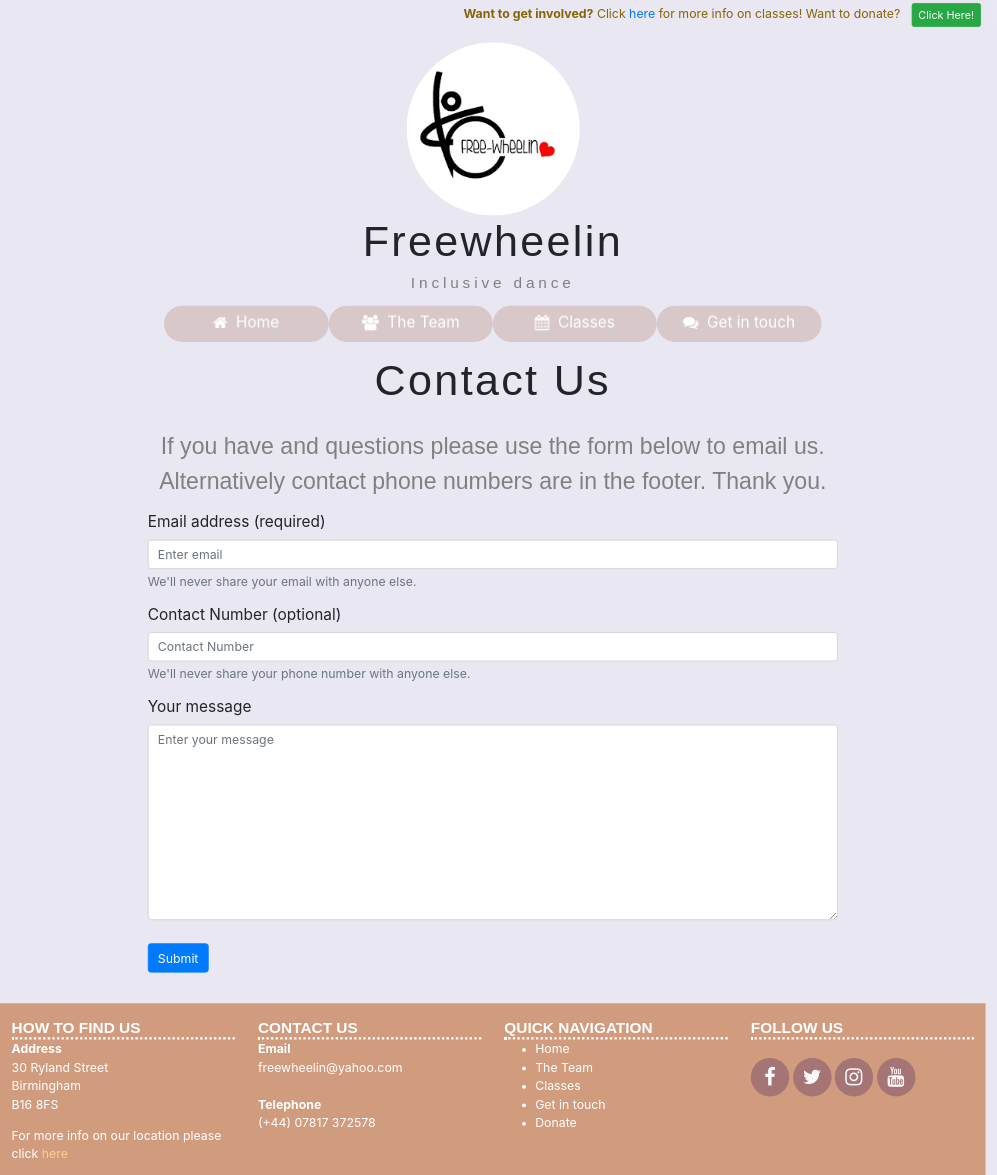
Repository: Code-Institute-Submissions/francisillingworth-resubmitted-milestone-project-1
Page: get-in-touch.html
The author's editor kept a record of every edit. The page is drawn from the files as they stood at one moment, then again after the next edit.
The browser window is 1280 px wide. The page is 1295 px wide, so the pictures cover 1295 px, including what lies to the right of the window. The pictures show the whole page, at 77% of full size.

Above is the page before.

After the next edit:
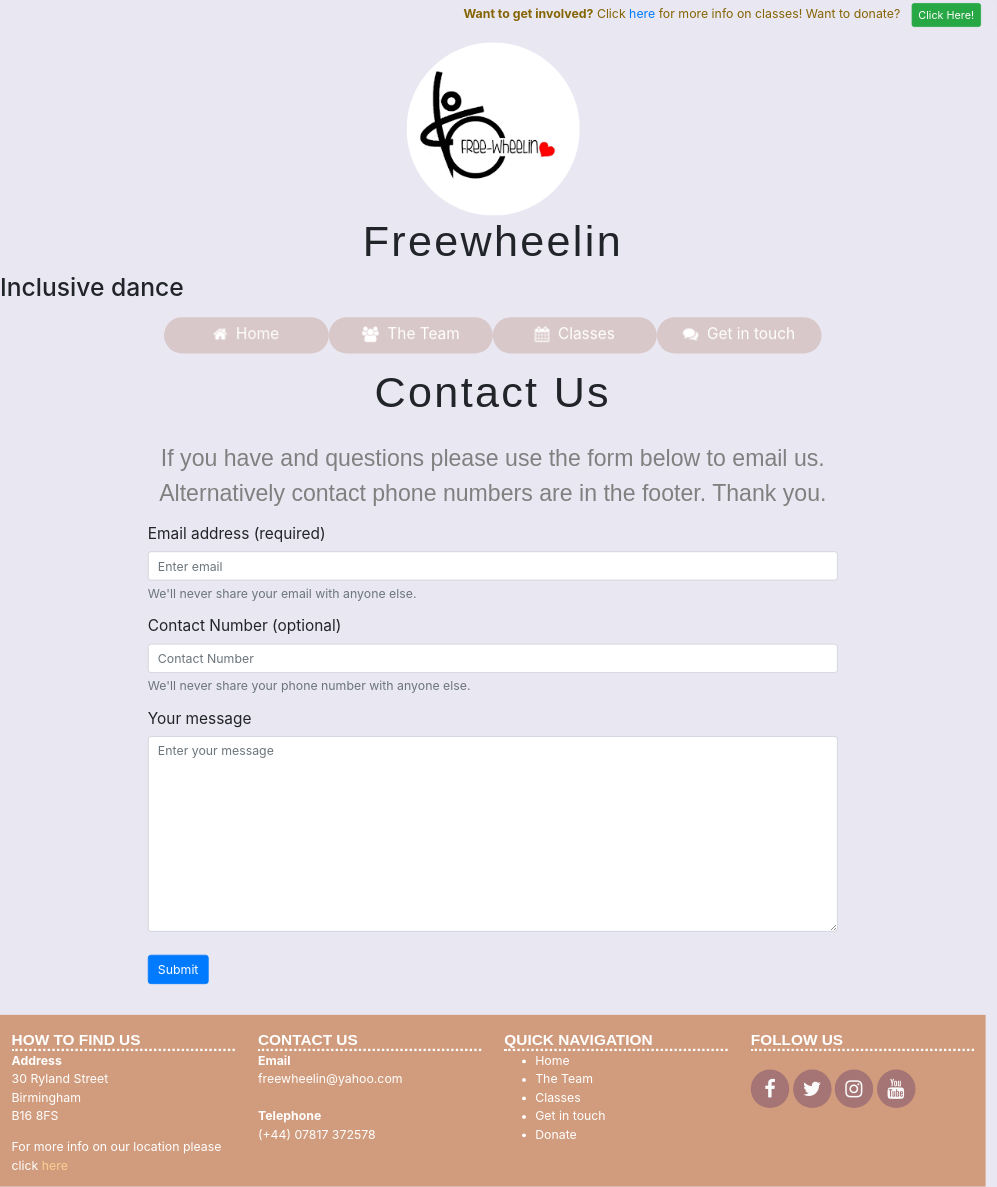
The edit:
--- a/get-in-touch.html
+++ b/get-in-touch.html
@@ -50,7 +50,7 @@
         <img class="logo" src="assets/images/logo.png" alt="Logo">
         <div class="free-wheelin-title">
             <h1>Freewheelin</h1>
-            <h4>Inclusive dance</h4>
+            <h2>Inclusive dance</h2>
         </div>
         <div class="row no-gutters pageNav">
             <div class="col-md-8 offset-2">
